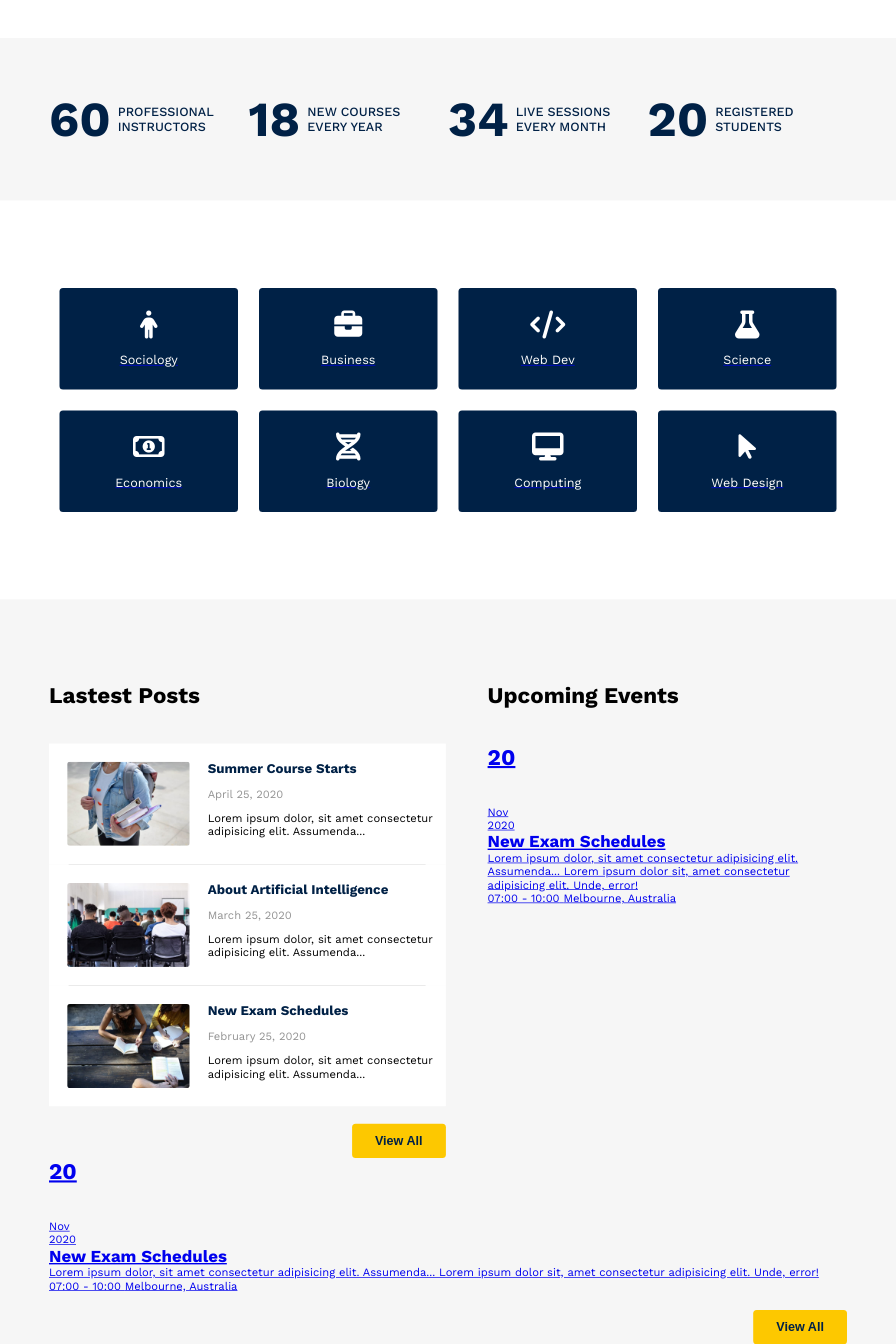
Repository: giahuy405/BC38__Mastery__Pham_Gia_Huy
Page: index.html
These files come from the project's save history. The page is drawn as it stood at one moment and after the next save; the edit follows.
The browser window is 1280 px wide. The pictures show the part of the page from y = 1176 to 3096 px (the page is 3096 px tall before and 2904 px after), at 70% of full size.

Above is the page before, as saved 2022-09-10 14:37:21.

### index.html
<!DOCTYPE html>
<html lang="en">
<head>
    <meta charset="UTF-8">
    <meta http-equiv="X-UA-Compatible" content="IE=edge">
    <meta name="viewport" content="width=device-width, initial-scale=1.0">
    <title>Document</title>
    <link href="https://fonts.googleapis.com/css2?family=Montserrat:wght@300;400;500;700;900&family=Work+Sans:wght@300;400;500;700&display=swap" rel="stylesheet">
    <link rel="stylesheet" href="https://cdnjs.cloudflare.com/ajax/libs/font-awesome/6.2.0/css/all.min.css">
    <link rel="stylesheet" href="./css/index.css">
</head>
<body>
    <header>
        <div class="container">
            <i class="fa-solid fa-pen-to-square"></i>
            <div class="header__title">
                <h1>Mastery</h1>
            </div>
        </div>
    </header>
    <nav>
        <div class="container">
            <ul>
                <li><a  href="#">Home</a></li>
                <li><a  href="#">About</a></li>
                <li><a  href="#">Services</a></li>
                <li><a  href="#">Contact</a></li>
            </ul>
        </div>
    </nav>
    <div class="carousel">
        <img src="./img/carousel__website.png" alt="">
    </div>
    <div class="welcome container">
        <div class="welcome__content">
            <h1>Welcome To Our Campus</h1>
            <p>Lorem ipsum dolor sit amet consectetur adipisicing elit. Quasi est saepe possimus quisquam dolor ducimus blanditiis, eius fugit ab beatae reprehenderit, inventore earum rerum. Quis nostrum voluptatibus vel quisquam soluta.</p>

            <p>Lorem ipsum dolor sit amet consectetur adipisicing elit. Laudantium deserunt earum assumenda. Ad nobis voluptatem sapiente eaque, ab delectus voluptatibus!</p>
            <button>Read More</button>
        </div>
        <div class="welcome__img">
            <img src="./img/g1.jpg" alt="">
        </div>
        <div class="clear"></div>
    </div>
    <div class="information">
       <div class="container">
            <div class="information__content">
                <div class="information__title">
                    <h1>60</h1>
                </div>
                <div class="information__desc">
                    <p>PROFESSIONAL</p>
                    <p>INSTRUCTORS</p>
                </div>
                <div class="clear"></div>
            </div>
            <div class="information__content">
                <div class="information__title">
                    <h1>18</h1>
                </div>
                <div class="information__desc">
                    <p>NEW COURSES</p>
                    <p>EVERY YEAR</p>
                </div>
                <div class="clear"></div>
            </div>
            <div class="information__content">
                <div class="information__title">
                    <h1>34</h1>
                </div>
                <div class="information__desc">
                    <p>LIVE SESSIONS</p>
                    <p>EVERY MONTH</p>
                </div>
                <div class="clear"></div>
            </div>
            <div class="information__content">
                <div class="information__title">
                    <h1>20</h1>
                </div>
                <div class="information__desc">
                    <p>REGISTERED</p>
                    <p>STUDENTS</p>
                </div>
                <div class="clear"></div>
            </div>
            <div class="clear"></div>
       </div>
    </div>
    <div class="cards">
        <div class="container">
            <div class="cards-top">
                <div class="card">
                    <a href="#">
                        <div class="card__item">
                            <i class="fa-solid fa-person"></i>
                            <p>Sociology</p>
                        </div>
                    </a>
                </div>
                <div class="card">
                    <a href="#">
                        <div class="card__item">
                            <i class="fa-solid fa-briefcase"></i>
                            <p>Business</p>
                        </div>
                    </a>
                </div>
                <div class="card">
                   <a href="#">
                        <div class="card__item">
                            <i class="fa-solid fa-code"></i>
                            <p>Web Dev</p>
                        </div>
                   </a>
                </div>
                <div class="card">
                   <a href="#">
                        <div class="card__item">
                            <i class="fa-solid fa-flask"></i>
                            <p>Science</p>
                        </div>
                   </a>
                </div>
                <div class="clear"></div>
            </div>
            <div class="card-bottom">
                <div class="card">
                    <a href="#">
                        <div class="card__item">
                            <i class="fa-regular fa-money-bill-1"></i>
                            <p>Economics</p>
                        </div>
                    </a>
                </div>
                <div class="card">
                   <a href="#">
                        <div class="card__item">
                            <i class="fa-solid fa-dna"></i>
                            <p>Biology</p>
                        </div>
                   </a>
                </div>
                <div class="card">
                    <a  href="#">
                        <div class="card__item">
                            <i class="fa-solid fa-desktop"></i>
                            <p>Computing</p>
                        </div>
                    </a>
                </div>
                <div class="card">
                    <a href="#">
                        <div class="card__item">
                            <i class="fa-solid fa-arrow-pointer"></i>
                            <p>Web Design</p>
                        </div>
                    </a>
                </div>
                <div class="clear"></div>
            </div>
        </div>
    </div>
    <div class="news">
        <div class="container">
            <div class="news__lastest-post">
                <h1>Lastest Posts</h1>
                <div class="lastest-post__items">
                    <div class="lastest-post__item">
                        <a href="#">
                            <img src="./img/g9.jpg" alt="">
                            <div class="lastest-post__desc">
                                <h2 >Summer Course Starts</h2>
                                <p class="lastest-post__time">April 25, 2020</p>
                                <p>Lorem ipsum dolor, sit amet consectetur adipisicing elit. Assumenda...</p>
                            </div>
                            <div class="clear"></div>
                        </a>
                        <hr noshade >
                    </div>
                    <div class="lastest-post__item">
                        <a href="#">
                            <img src="./img/g10.jpg" alt="">
                            <div class="lastest-post__desc">
                                <h2>About Artificial Intelligence</h2>
                                <p class="lastest-post__time">March 25, 2020</p>
                                <p>Lorem ipsum dolor, sit amet consectetur adipisicing elit. Assumenda...</p>
                            </div>
                            <div class="clear"></div>
                        </a>
                        <hr noshade >
                    </div>

                    <div class="lastest-post__item">
                        <a href="#">
                            <img src="./img/g8.jpg" alt="">
                            <div class="lastest-post__desc">
                                <h2>New  Exam Schedules</h2>
                                <p class="lastest-post__time">February 25, 2020</p>
                                <p>Lorem ipsum dolor, sit amet consectetur adipisicing elit. Assumenda...</p>
                            </div>
                            <div class="clear"></div>
                        </a>

                    </div>

                </div>
                <button class="news__button">View All</button>
                <div class="clear"></div>
            </div>


            <div class="news__upcoming-events">
                <h1>Upcoming Events</h1>
                <div class="upcoming-events__items">
                    <a href="#">
                        <div class="upcoming-events__time">
                            <div class="upcoming-events__time--top">
                                <h1>20</h1>
                                <p>Nov</p>
                            </div>
                            <div class="upcoming-events__time--bottom">
                                <p>2020</p>
                            </div>
                        </div>
                        <div class="upcoming-events__desc">
                            <div class="upcoming-events__desc--top">
                                <h2>New  Exam Schedules</h2>
                                <p>Lorem ipsum dolor, sit amet consectetur adipisicing elit. Assumenda... Lorem ipsum dolor sit, amet consectetur adipisicing elit. Unde, error!</p>
                            </div>
                            <div class="upcoming-events__desc--bottom">
                                <span>07:00 - 10:00</span>
                                <span>Melbourne, Australia</span>
                            </div>

                        </div>
                        <div class="clear"></div>
                    </a>

                    <a href="#">
                        <div class="upcoming-events__time">
                            <div class="upcoming-events__time--top">
                                <h1>20</h1>
                                <p>Nov</p>
                            </div>
                            <div class="upcoming-events__time--bottom">
                                <p>2020</p>
                            </div>
                        </div>
                        <div class="upcoming-events__desc">
                            <div class="upcoming-events__desc--top">
                                <h2>New  Exam Schedules</h2>
                                <p>Lorem ipsum dolor, sit amet consectetur adipisicing elit. Assumenda... Lorem ipsum dolor sit, amet consectetur adipisicing elit. Unde, error!</p>
                            </div>
                            <div class="upcoming-events__desc--bottom">
                                <span>07:00 - 10:00</span>
                                <span>Melbourne, Australia</span>
                            </div>

                        </div>
                        <div class="clear"></div>
                    </a>
                </div>

                <button class="news__button">View All</button>
                <div class="clear"></div>
            </div>
            <div class="clear"></div>
        </div>
    </div>

</body>
</html>

### css/index.css
*{
    padding: 0;
    margin: 0;
    box-sizing: border-box;
}
.clear{
    clear: both;
}
html{
    font-size: 16px;
    font-family: 'Work Sans', sans-serif;
}
.container{
    width: 1140px;
    margin: 0 auto;
}
header{
    position: relative;
    margin-top: 15px;
}
.header__title{
    display: inline-block;
     position: absolute;
     top: -4px;
    left: 160px;
}
.header__title h1{
    font-size: 35px;
    color: #1b1d2d;
}
header i{
    background-color: #002146;
    height: 36px;
    width: 36px;
    border-radius: 50%;
    color: #fdc800;
    text-align: center;
    padding-top: 9px;
}
nav ul{
    list-style: none;
    margin-top: 15px;
    margin-left: 18px;
}
nav li{
    display: inline;
    margin-right: 30px;
}
nav a{
    color: #002146;
    font-weight: 800;
    text-decoration: none;
    transition: all 0.2s;
}
nav a:hover{
    font-weight: 900;
    color: #fdc800;
    text-shadow: 1px 1px 2px black;
    background-color: #002146;
    padding: 10px 10px;
    transition: all 0.2s ease-out;
    border-radius: 9px;
}
nav a:active{
    padding: 12px 16px;
}



/* CAROUSEL / SLIDER */
.carousel{
    width: 100%;
    margin-top: 20px;
}
.carousel img{
max-width: 100%;
height: 597px;
}


/* create WELCOME */
.welcome{
    margin-top: 62px;
    margin-bottom: 66px;
}
.welcome__content h1{
    margin-bottom: 20px;
    color: #1b1d2d;
}
.welcome__content{
    padding-right: 80px;
}
.welcome__content p{
    margin-bottom: 30px;
}
.welcome__content button{
    padding: 17px 33px;
    font-size: 18px;
    font-weight:700;
    color: #002146;
    background-color: #fdc800;
    border: none;
    border-radius: 5px;
    cursor: pointer;
    transition: all 0.2s;
}
.welcome__content button:hover,.news__button:hover{
    background-color: #002146;
    color: #fdc800;
    box-shadow: 5px 5px 5px black;
}
.welcome__content,.welcome__img{
    width: 50%;
    float: left;
}
.welcome__img img{
    width: 100%;
    border-top-right-radius: 5px;
    border-bottom-right-radius: 5px;
}


/* create INFORMATION  */
.information{
    background-color: #f6f6f6;
    padding: 75px 0;
    margin-bottom: 110px;
}
.information__content{
    float: left;
    width: 25%;
}
.information__content h1{
    display: inline-block;
    font-size: 70px;
    color: #002146;

}
.information__title,.information__desc{
    float: left;
}
.information__desc p:first-child{
    margin-top:20px;
}
.information__desc p{
    margin-left: 10px;
    font-size: 18px;
    color: #002146;
    font-weight: 500;
}


/* create CARDS */
.cards{
    margin-bottom: 110px;
}
.card{
    float: left;
    width: 25%;
    text-align: center;
    padding: 15px;
}
.card__item{
    background-color: #002146;
    padding: 32px 50px;
    border-radius: 5px;
}
.card__item i{
    color: white;
    font-size: 40px;
}
.card__item p{
    color: white;
    font-size: 18px;
    margin-top: 20px;
}
.card a{
    cursor: pointer;
    transition: all 0.2s;
}
.card a:hover{
    opacity: 0.7;
}
.card:hover{
    box-shadow: 1px 1px 10px  black;
    border-radius: 5px;
}


/* NEWS */
.news{
    padding-top: 118px;
    background-color: #f6f6f6;
}
.news h1:first-child{
    margin-bottom: 50px;
}
.news__lastest-post{
    float: left;
    width:49.7%;
    margin-right: 60px;
}
.news__upcoming__events{
    float: left;
    width:44.9%;
}
.news__upcoming__events{
    margin: 0;
}
.lastest-post__item{
    background-color: white;

}
.lastest-post__item img{
    width: 158px;
    border: 26px solid transparent;
    border-radius: 30px;
}
.lastest-post__item a img{
    float: left;
    width: 40%;
}
.lastest-post__desc{
    float: left;
    width: 60%;
    padding-top: 24px;
}
.lastest-post__item hr{
    width:90%;
    margin: 0 auto;
    background-color: rgb(218, 218, 218);
    height: 1px;
    border: none;
}
.lastest-post__item a{
    font-size: 20px;
    color: #002146;
}
.lastest-post__item a .lastest-post__desc  h2{
    font-size: 19px;

}
.lastest-post__item a .lastest-post__desc p{
    font-size: 16px;
    color: #000000;
}
.lastest-post__desc p:nth-child(2){
    line-height: 30px;

}
.lastest-post__item a .lastest-post__time{

    color:#939393!important;
    margin: 10px 0;
}
.lastest-post__item:hover{
    box-shadow: 0px 0px 10px black;
    margin-bottom: 5px;
    margin-top: 5px;
    transition: all 0.35s;
}
.news__button{
    float: right;
    padding: 14px 33px;
    font-size: 18px;
    font-weight:700;
    color: #002146;
    background-color: #fdc800;
    border: none;
    border-radius: 5px;
    cursor: pointer;
    transition: all 0.2s;
    margin-top: 25px;
}

After the next save:
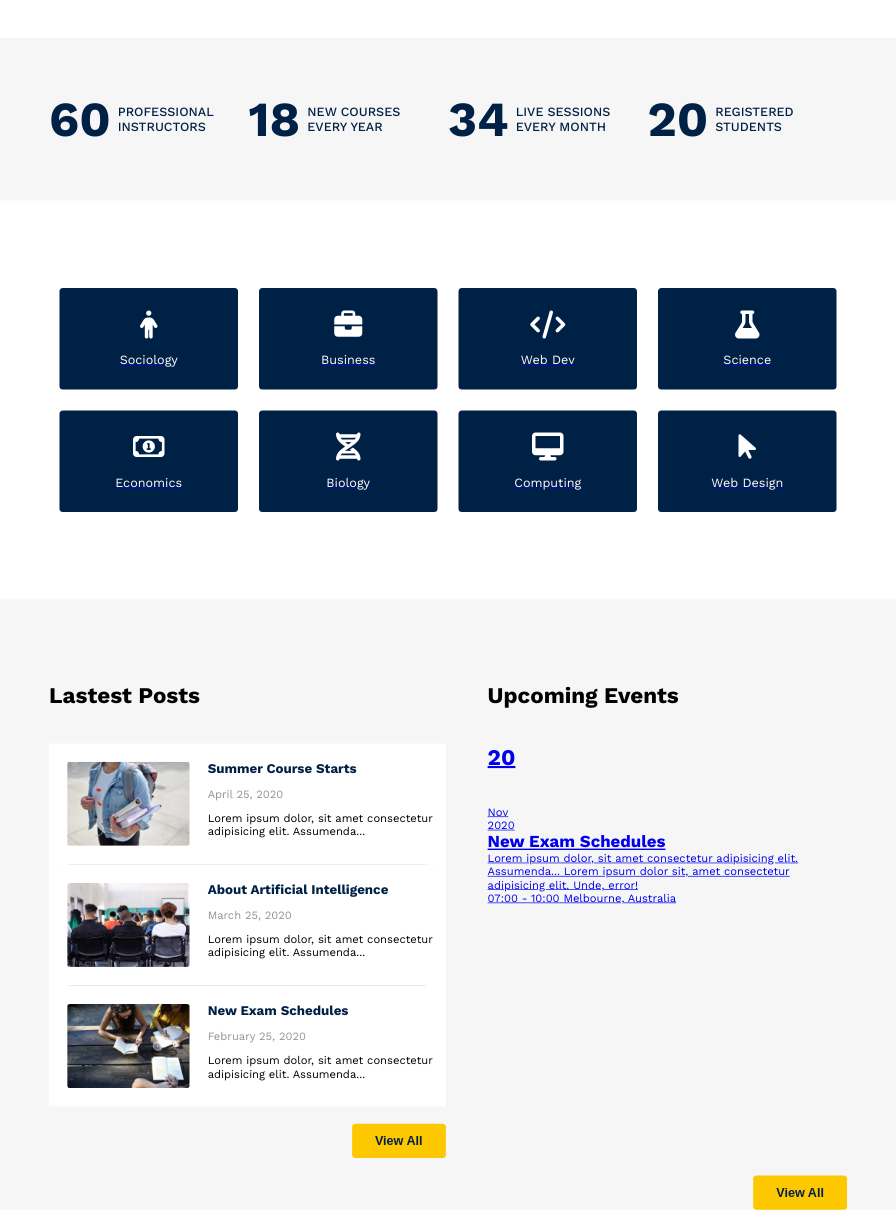
Saved 3 min 29 s later.
--- a/index.html
+++ b/index.html
@@ -239,29 +239,6 @@
                         <div class="clear"></div>
                     </a>
 
-                    <a href="#">
-                        <div class="upcoming-events__time">
-                            <div class="upcoming-events__time--top">
-                                <h1>20</h1>
-                                <p>Nov</p>
-                            </div>
-                            <div class="upcoming-events__time--bottom">
-                                <p>2020</p>
-                            </div>
-                        </div>
-                        <div class="upcoming-events__desc">
-                            <div class="upcoming-events__desc--top">
-                                <h2>New  Exam Schedules</h2>
-                                <p>Lorem ipsum dolor, sit amet consectetur adipisicing elit. Assumenda... Lorem ipsum dolor sit, amet consectetur adipisicing elit. Unde, error!</p>
-                            </div>
-                            <div class="upcoming-events__desc--bottom">
-                                <span>07:00 - 10:00</span>
-                                <span>Melbourne, Australia</span>
-                            </div>
-
-                        </div>
-                        <div class="clear"></div>
-                    </a>
                 </div>
 
                 <button class="news__button">View All</button>

After the save that followed:
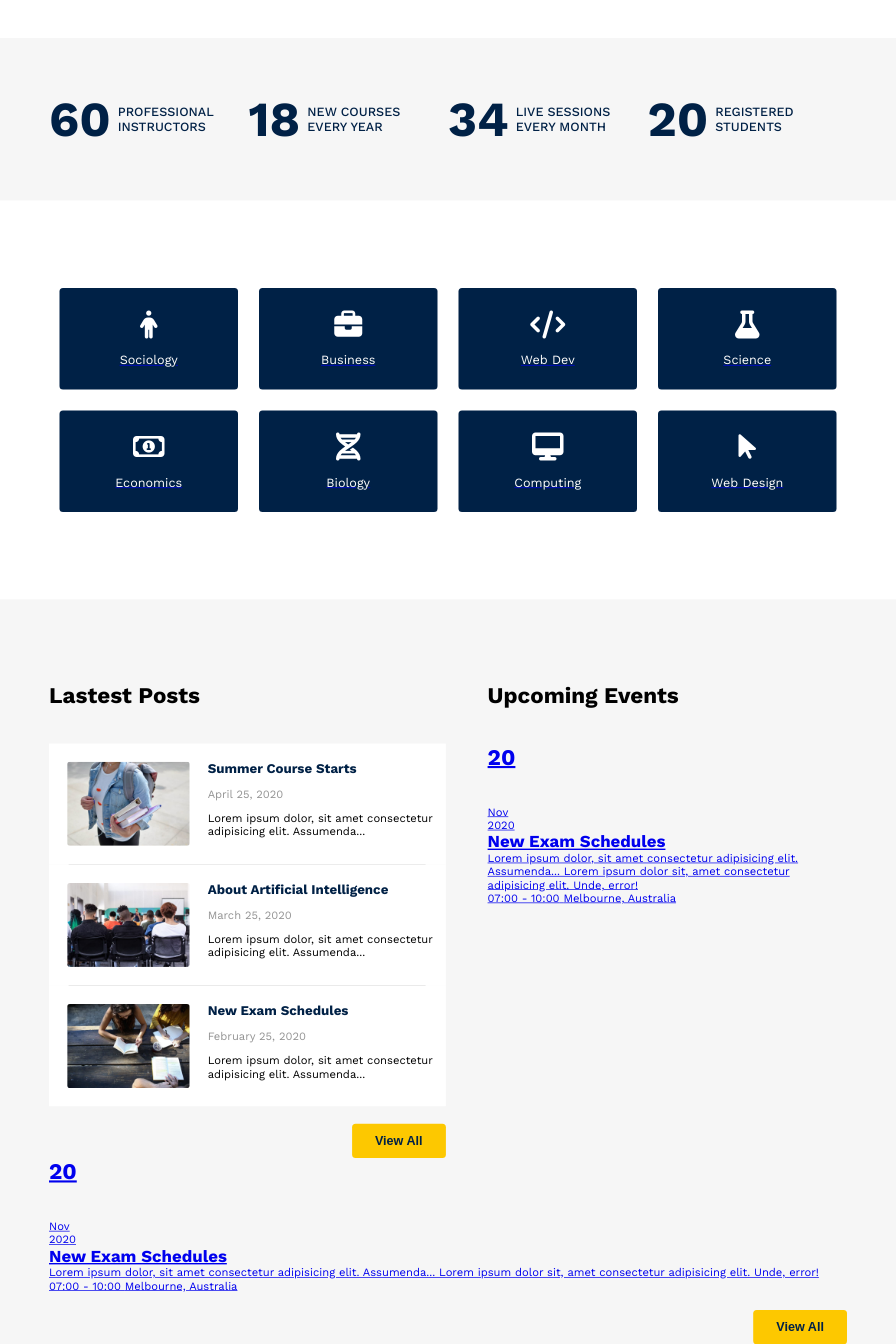
Saved 9 min 2 s later.
--- a/index.html
+++ b/index.html
@@ -240,7 +240,32 @@
                     </a>
 
                 </div>
-
+                <div class="upcoming-events__items">
+                    <a href="#">
+                        <div class="upcoming-events__time">
+                            <div class="upcoming-events__time--top">
+                                <h1>20</h1>
+                                <p>Nov</p>
+                            </div>
+                            <div class="upcoming-events__time--bottom">
+                                <p>2020</p>
+                            </div>
+                        </div>
+                        <div class="upcoming-events__desc">
+                            <div class="upcoming-events__desc--top">
+                                <h2>New  Exam Schedules</h2>
+                                <p>Lorem ipsum dolor, sit amet consectetur adipisicing elit. Assumenda... Lorem ipsum dolor sit, amet consectetur adipisicing elit. Unde, error!</p>
+                            </div>
+                            <div class="upcoming-events__desc--bottom">
+                                <span>07:00 - 10:00</span>
+                                <span>Melbourne, Australia</span>
+                            </div>
+
+                        </div>
+                        <div class="clear"></div>
+                    </a>
+
+                </div>
                 <button class="news__button">View All</button>
                 <div class="clear"></div>
             </div>
